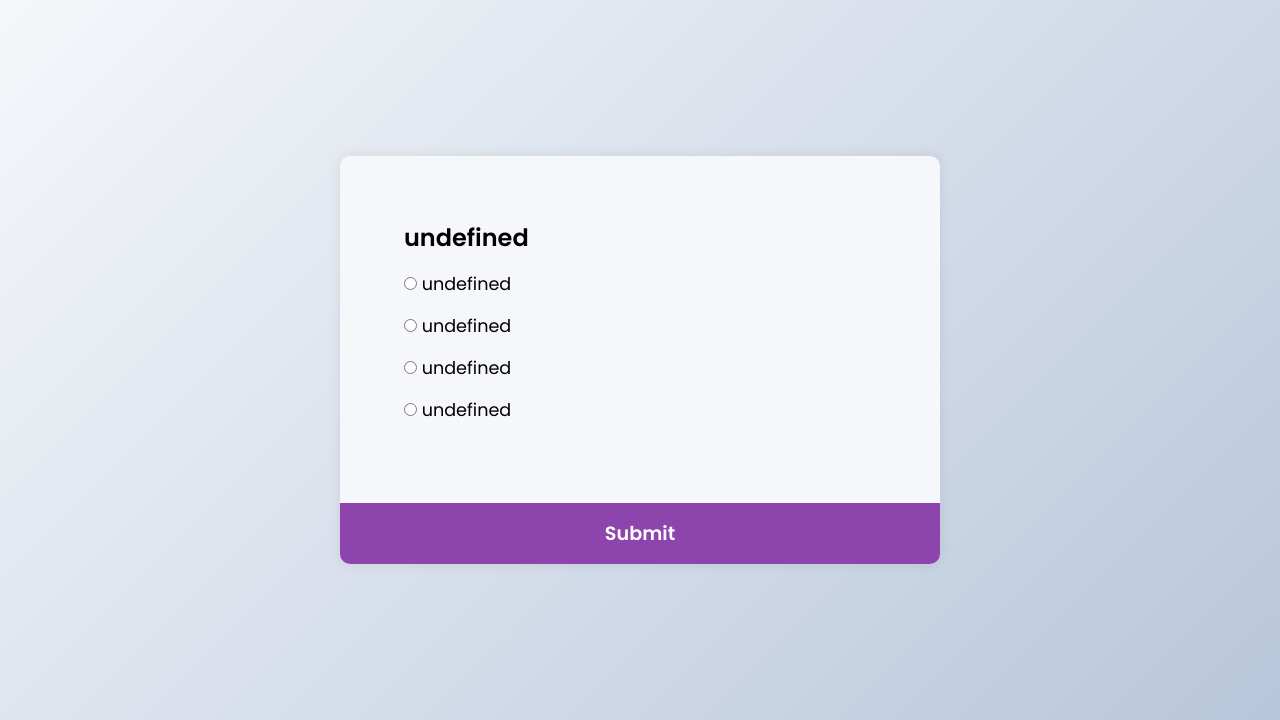
Repository: sevilgenysf/javascript-two
Page: index.html
These files come from the project's save history. The page is drawn as it stood at one moment and after the next save; the edit follows.
The browser window is 1280 px wide. The pictures show the whole page.

Above is the page before, as saved 2022-02-27 16:02:02.

After the next save:
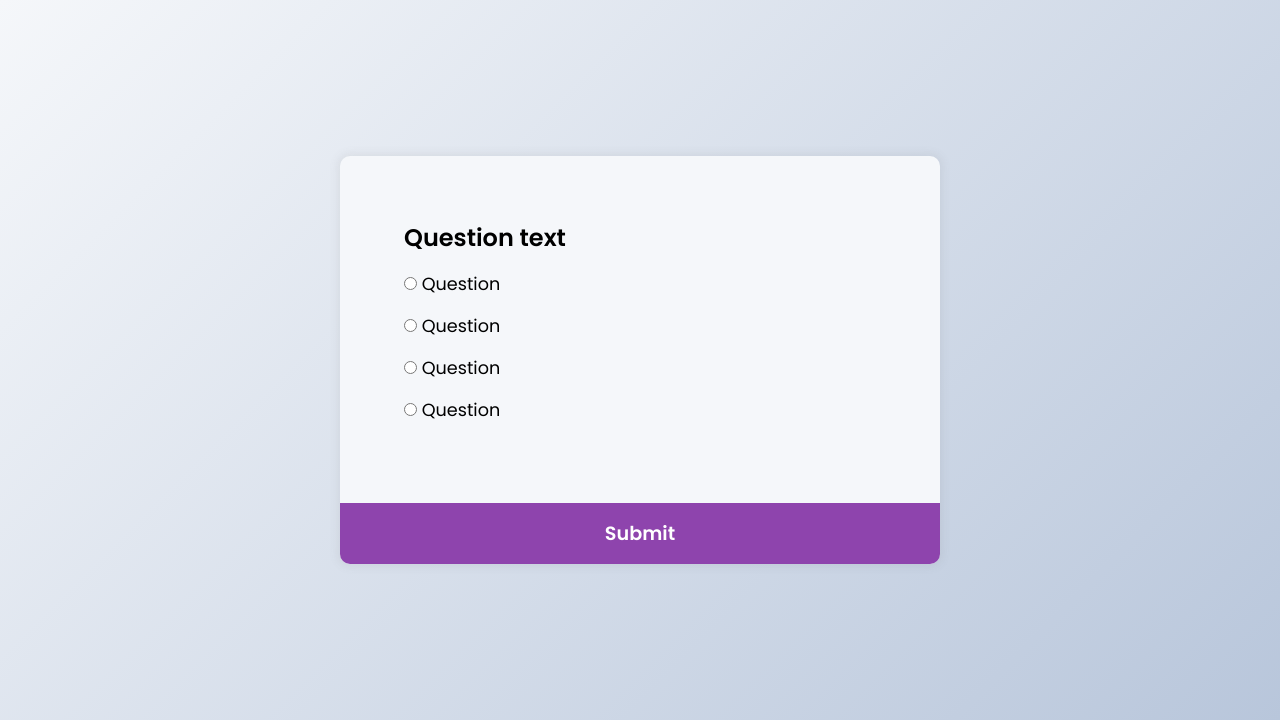
Console error: SyntaxError: Unexpected token ']'
Saved 17 s later.
--- a/index.js
+++ b/index.js
@@ -51,7 +51,7 @@
 loadQuiz();
 
 function loadQuiz() {
-	const currentQuizData = quizData;
+	const currentQuizData = quizData[];
 
 	questionEl.innerText = currentQuizData.question;
 	a_text.innerText = currentQuizData.a;

After the 2 saves that followed:
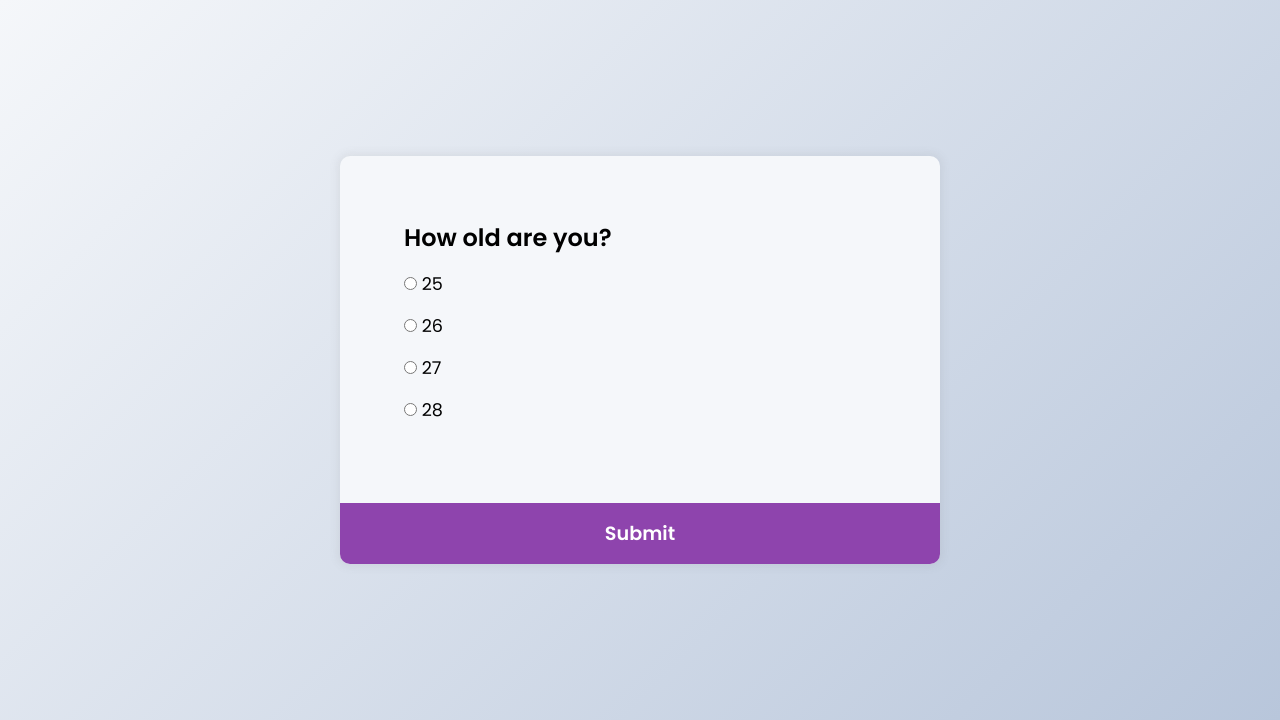
The error is gone.
The 2 saves are shown as one change because 1 left the picture as it was.
The last was saved 19 s later.
--- a/index.js
+++ b/index.js
@@ -48,10 +48,12 @@
 const d_text = document.getElementById('d_text');
 const submitBtn = document.getElementById('submit');
 
+let currentQuiz = 0;
+
 loadQuiz();
 
 function loadQuiz() {
-	const currentQuizData = quizData[];
+	const currentQuizData = quizData[currentQuiz];
 
 	questionEl.innerText = currentQuizData.question;
 	a_text.innerText = currentQuizData.a;
@@ -61,5 +63,6 @@
 }
 
 submitBtn.addEventListener('click', () => {
+	currentQuiz++;
 	loadQuiz();
 });
